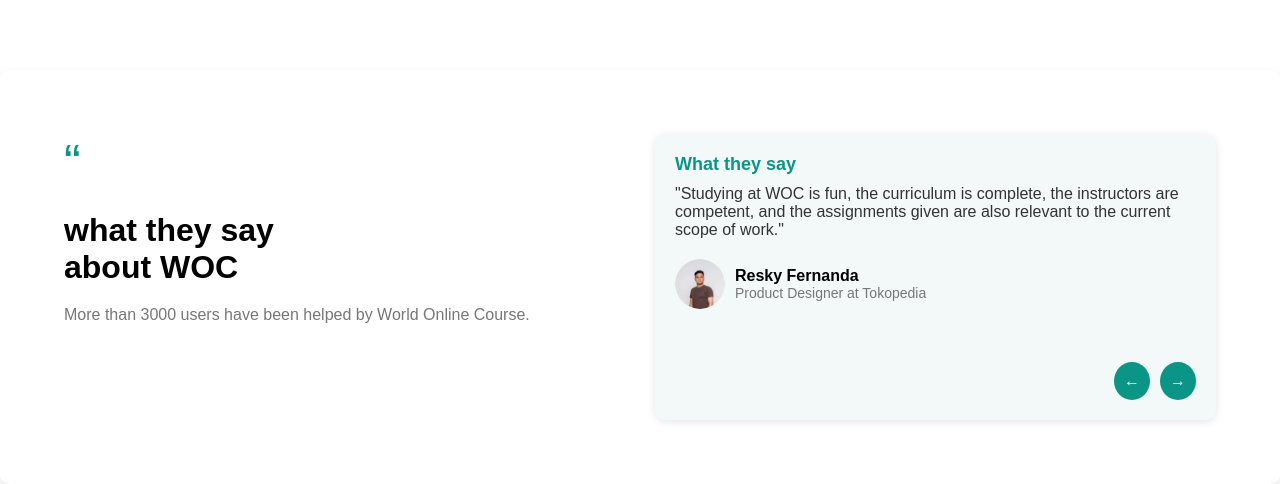
Repository: MaramNabil872/Landing-Page
Page: landingPage.html
The author's editor kept a copy of each file at every save. The page is drawn from the files as they stood at one save, then again after a run of saves.
The browser window is 1280 px wide. The pictures show the part of the page from y = 4333 to 4817 px (the page is 4817 px tall).
A picture or video elsewhere on the page could not be fetched, so the positions and the page height are approximate.

Above is the page before, as saved 2024-10-22 15:56:57.

After the next 2 saves:
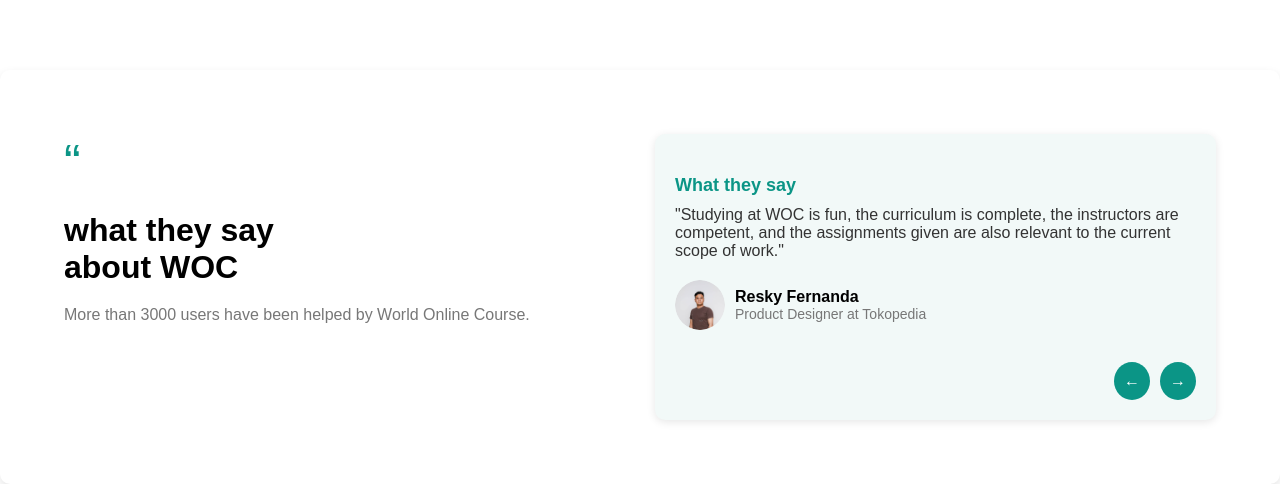
The 2 saves are shown as one change because they came seconds apart.
The last was saved 7 s later.
--- a/landingPage.css
+++ b/landingPage.css
@@ -505,7 +505,7 @@ font-size: 35px;
     color: #0b9586;
     font-size: 18px;
     margin-bottom: 2%;
-    maegi
+    margin-top: 4%;
   }
 
   .testimonial-text {
